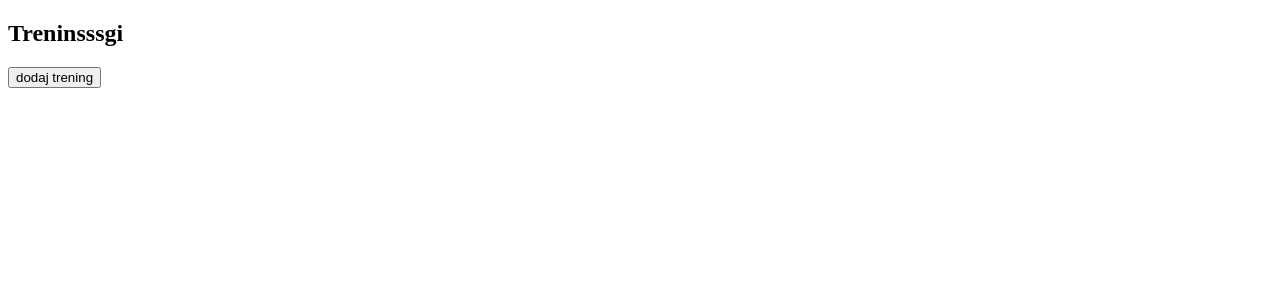
Repository: zlenyk/wrzucak
Page: http://localhost/Shop/trainings.jsp
The author's editor kept a copy of each file at every save. The page is drawn from the files as they stood at one save, then again after the next save.
The browser window is 1280 px wide. The pictures show the whole page.
The page is served by Tomcat 9.

Above is the page before, as saved 2013-09-23 16:05:38.

After the next save:
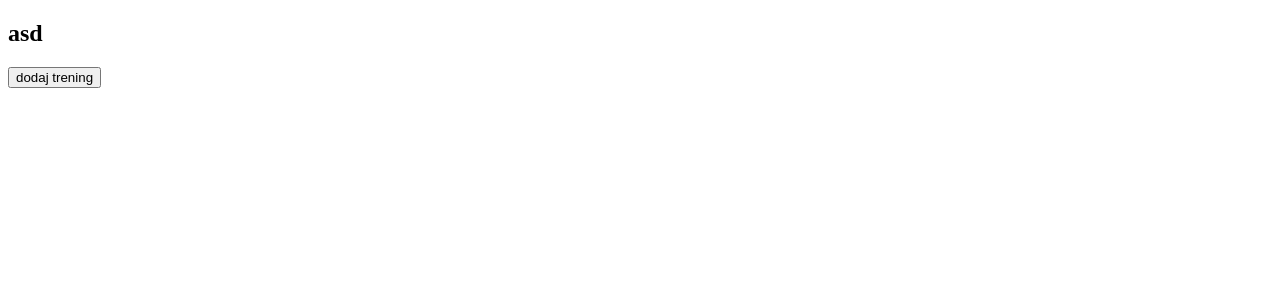
Saved 37 s later.
--- a/Shop/WebContent/trainings.jsp
+++ b/Shop/WebContent/trainings.jsp
@@ -7,7 +7,7 @@
 <title>Insert title here</title>
 </head>
 <body>
-	<h2>Treninsssgi</h2>
+	<h2>asd</h2>
 	<form method="post" action="http://localhost:8080/Shop/addTraning.jsp">
     	<input type="submit" value="dodaj trening">
 	</form>
